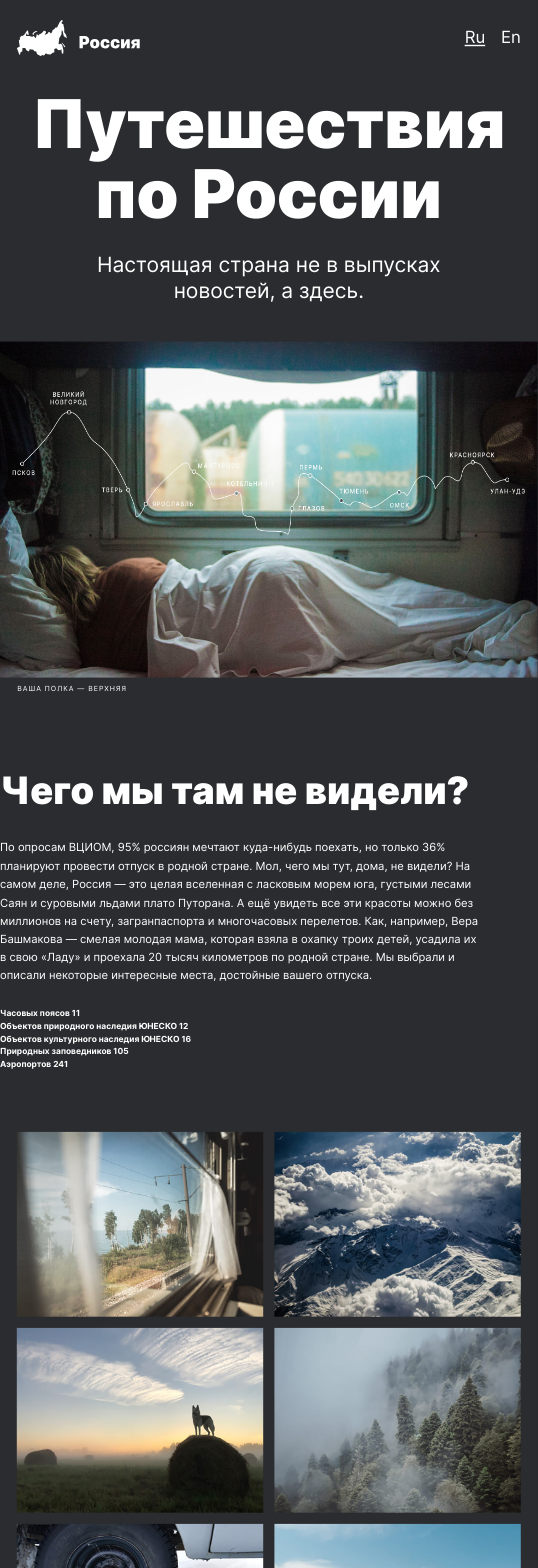
Repository: artemrgrs/russian-travel
Page: index.html
These files come from the project's save history. The page is drawn as it stood at one moment and after the next save; the edit follows.
The browser window is 768 px wide. The pictures show the part of the page from y = 0 to 2240 px (the page is 6962 px tall), at 70% of full size.

Above is the page before, as saved 2021-02-05 13:45:31.

### index.html
<!DOCTYPE html>
<html lang="ru">
<head>
    <meta charset="UTF-8">
    <meta name="viewport" content="width=device-width, initial-scale=1">
    <link rel="stylesheet" href="pages/index.css">
    <title>Путешествия по России</title>
</head>
<body class="root">
    <div class="page">
        <header class="header">
            <img class="header__logo" src="images/header-logo.svg" alt="Лого">
            <div>
                <a class="header__lang-link header__lang-link_active" href="#" target="_self" rel="noopener noreferrer">Ru</a>
                <a class="header__lang-link" href="#" target="_self" rel="noopener noreferrer">En</a>
            </div>
        </header>

        <main>
            <section class="lead">
                <h1 class="lead__title">Путешествия по России</h1>
                <p class="lead__subtitle">Настоящая страна не в выпусках новостей, а здесь.</p>
                <img class="lead__image" src="images/lead__image.jpg" alt="Изображение маршрута путешествия по России">
                <p class="lead__caption">ваша полка — верхняя</p>
            </section>

            <section class="intro">
                        <h2 class="intro__title">Чего мы там не видели?</h2>
                        <p class=intro__text>По опросам ВЦИОМ, 95% россиян мечтают куда-нибудь
                            поехать, но только 36% планируют провести отпуск в родной стране.
                            Мол, чего мы тут, дома, не видели? На самом деле, Россия — это целая
                            вселенная с ласковым морем юга, густыми лесами Саян и суровыми льдами
                            плато Путорана. А ещё увидеть все эти красоты можно без миллионов на
                            счету, загранпаспорта и многочасовых перелетов. Как, например,
                            Вера Башмакова — смелая молодая мама, которая взяла в охапку троих
                            детей, усадила их в свою «Ладу» и проехала 20 тысяч километров по родной
                            стране. Мы выбрали и описали некоторые интересные места, достойные вашего отпуска.
                        </p>
                        <ul class=intro__list>
                            <li>Часовых поясов 11</li>
                            <li>Объектов природного наследия ЮНЕСКО 12</li>
                            <li>Объектов культурного наследия ЮНЕСКО 16</li>
                            <li>Природных заповедников 105</li>
                            <li>Аэропортов 241</li>
                        </ul>
            </section>

            <section class="photo-grid">
                <img class="photo-grid__item" src="./images/photo-grid-train.jpg" alt="Фото просторов России">
                <img class="photo-grid__item" src="./images/photo-grid-atharva-tulsi.jpg" alt="Фото просторов России">
                <img class="photo-grid__item" src="./images/photo-grid-tuman.jpg" alt="Фото просторов России">
                <img class="photo-grid__item" src="./images/photo-grid-sochi.jpg" alt="Фото просторов России">
                <img class="photo-grid__item" src="./images/photo-grid-arisa.jpg" alt="Фото просторов России">
                <img class="photo-grid__item" src="./images/photo-grid-baikal.jpg" alt="Фото просторов России">
                <img class="photo-grid__item" src="./images/photo-grid-elbrus.jpg" alt="Фото просторов России">
                <img class="photo-grid__item" src="./images/photo-grid-kondratiev.jpg" alt="Фото просторов России">
                <img class="photo-grid__item" src="./images/photo-grid-kamchatka-1.jpg" alt="Фото просторов России">
                <img class="photo-grid__item" src="./images/photo-grid-kamchatka-2.jpg" alt="Фото просторов России">
                <img class="photo-grid__item" src="./images/photo-grid-baikal-2.jpg" alt="Фото просторов России">
                <img class="photo-grid__item" src="./images/photo-grid-ergaki.jpg" alt="Фото просторов России">
            </section>

            <section class="places">
                <div class="place">
                        <h2 class="place__title">Куршская коса</h2>
                        <div class="place__website">
                            <p class="place__url-heading">URL</p>
                            <a class="place__link" href="http://park-kosa.ru" target="_blank" rel="noopener noreferrer">park-kosa.ru</a>
                        </div>
                        <img class="place__image" src="./images/place-kosa.jpg" alt="Куршская Коса">
                    <div class="place__info">
                        <p class="place__paragraph">Здесь, посреди лесов и песчаных дюн, вы сможете увидеть два водных горизонта
                            — спокойного Куршского залива с одной стороны и подёрнутого рябью волн Балтийского моря с другой.
                            Уникальная природная зона на краю российского анклава.
                        </p>
                        <p class="place__paragraph">На этом Калининградская область не заканчивается. Для путешественника
                            и исследователя там же по соседству — самая западная точка России, Балтийская коса, — и
                            немецкое наследие россыпи небольших приморских городов. Атмосфера здешних мест исключает
                            суету, окуная в спокойствие природы и запах стального, прохладного моря.
                        </p>
                    </div>
                </div>
                <div class="place">
                        <h2 class="place__title">Кольский</h2>
                        <div class="place__website">
                            <p class="place__url-heading">URL</p>
                            <a class="place__link" href="https://yourshot.nationalgeographic.com/photos/?keywords=kolskiy" target="_blank" rel="noopener noreferrer">National Geographic</a>
                        </div>
                        <img class="place__image" src="./images/place-kolsky.jpg" alt="Кольский">
                    <div class="place__info">
                        <p class="place__paragraph">Почти весь полуостров находится за Полярным кругом.
                            Саамская тундра, от которой на юг — тайга, а на север — Ледовитый океан,
                            прикидывающийся Баренцевым морем.
                        </p>
                        <p class="place__paragraph">Возможно, вы смотрели Звягинцева и даже слышали
                            историю арктического фестиваля в Териберке. Возможно, слово «Хибины» не
                            осталось под снегом школьных воспоминаний об уроках географии. Возможно,
                            вы не интересовались пронизывающей земную кору сверхглубокой скважиной,
                            а от апатитов вас давно накрывает апатия. Но ваша мечта увидеть северное
                            сияние начинает сбываться с билетом в Мурманск.
                        </p>
                    </div>

                </div>
                <div class="place">
                        <h2 class="place__title">Алтай</h2>
                        <div class="place__website">
                            <p class="place__url-heading">URL</p>
                            <a class="place__link" href="https://www.facebook.com/vera.bashmakova/posts/10156011613718822" target="_blank" rel="noopener noreferrer">Facebook</a>
                        </div>
                        <img class="place__image" src="./images/place-altai.jpg" alt="Алтай">
                    <div class="place__info">
                        <p class="place__paragraph">Алтай — одно из красивейших мест в России.
                            В первую очередь из-за гор: если ехать вдоль хребта, вы увидите склоны,
                            усыпанные соснами, горные реки и озёра. А если вы откроете в автомобиле окна,
                            сможете познакомиться с невидимым чудом здешних мест — горным воздухом.
                        </p>
                        <p class="place__paragraph">Климат на Алтае умеренный, поэтому ехать сюда
                            лучше всего летом. Так вы увидите всё разнообразие местной флоры и фауны.
                            По лесам Алтая бродят лоси, над хребтами летают орлы, а на равнинах пасутся
                            косули. И знаменитые манулы — тоже обитатели Алтайского края.
                        </p>
                    </div>
                </div>
                <div class="place">
                        <h2 class="place__title">Зимний Байкал</h2>


                        <div class="place__website">
                            <p class="place__url-heading">URL</p>
                            <a class="place__link" href="https://vk.com/baikalmile" target="_blank" rel="noopener noreferrer">https://vk.com/baikalmile</a>
                        </div>
                        <img class="place__image" src="./images/place-winter-baikal.jpg" alt="Зимний Байкал">
                    <div class="place__info">
                        <p class="place__paragraph">Всем известен Байкал как крупнейшее озеро
                            в мире. Многие также знают, что это самый большой источник пресной
                            воды и одно из красивейших мест в России.
                        </p>
                        <p class="place__paragraph">Конечно, это всё так. Но Байкал ещё идеальное
                            место для соревнований по скийорингу. Это такой вид спорта, когда лыжник
                            привязывает себя к мотоциклу, и тандем старается развить как можно бóльшую
                            скорость на льду. В марте 2019 года на фестивале «Байкальская миля» был
                            поставлен мировой рекорд — 197.011 км/ч.
                        </p>
                    </div>
                </div>
                <div class="place">
                        <h2 class="place__title">Карелия</h2>
                        <div class="place__website">
                            <p class="place__url-heading">URL</p>
                            <a class="place__link" href="http://vodlozero.ru" target="_blank" rel="noopener noreferrer">http://vodlozero.ru/</a>
                        </div>
                        <img class="place__image" src="./images/place-karelia.jpg" alt="Карелия">
                    <div class="place__info">
                        <p class="place__paragraph">Сибирь заканчивается не на Урале, а в Карелии: образующая тайгу
                            сибирская лиственница не растёт западнее Водлозера. Зато здесь она вымахивает на 30 метров
                            — леса карельских национальных парков из-за непроходимых болот никогда не знали топора.
                            Некоторым соснам уже больше чем полтысячелетия. Прикоснитесь к живому существу, видевшему
                            солнце раньше, чем увидал его Иван Грозный.
                            В девственном лесу на сотню километров не встретишь тропы. А на редких тропинках деревья
                            в паре метров от земли помечены медвежьими когтями. Чтобы все знали, кто тут хозяин.
                        </p>
                    </div>
                </div>
            </section>

            <section class="cover">
                <a class="cover__link" href="https://stampsy.com/na-elektrichkakh-do-baikala" target="_blank" rel="noopener noreferrer">
                    <h2 class="cover__title">До Байкала «на собаках»</h2>
                    <p class="cover__subtitle">По мотивам учебной темы о Транссибе — путешествие
                    от столицы до Байкала на электричках.</p>
                </a>
            </section>

            <section class="footer">
                <nav>
                    <ul class="footer__links">
                        <li>
                            <a class="footer__link" href="https://yandex.ru/maps"
                            target="_blank" rel="noopener noreferrer">Карты</a>
                        </li>
                        <li>
                            <a class="footer__link" href="https://yandex.ru/pogoda"
                            target="_blank" rel="noopener noreferrer">Погода</a>
                        </li>
                        <li>
                            <a class="footer__link" href="https://rasp.yandex.ru"
                            target="_blank" rel="noopener noreferrer">Расписание</a>
                        </li>
                        <li>
                            <a class="footer__link" href="https://calendar.yandex.ru"
                            target="_blank" rel="noopener noreferrer">Календарь</a>
                        </li>
                        <li>
                            <a class="footer__link" href="https://travel.yandex.ru"
                            target="_blank" rel="noopener noreferrer">Путешествия</a>
                        </li>
                    </ul>
                </nav>
                <p class="footer__copyright">© 2020. Вахитов Артем</p>
            </section>
        </main>
    </div>
</body>
</html>

### blocks/root/root.css
.root {
    background-color: #2A2C2F;
}

### blocks/page/page.css
.page {
    background-color: #2A2C2F;
    width: 100%;
    max-width: 1280px;
    min-width: 320px;
    margin: 0 auto;
    font-family: 'Inter', sans-serif, 'Arial';

    -webkit-font-smoothing: antialiased;
    -moz-osx-font-smoothing: grayscale;
}

### blocks/header/header.css
.header {
    max-width: 1184px;
    min-height: 52px;
    margin: 0 auto;
    display: flex;
    justify-content: space-between;
    align-items: center;
    padding: 0 auto;
    padding-top: 28px;
}

@media screen and (max-width: 1279px) {
    .header {
      max-width: 928px;
      padding: 28px 48px 0;
    }
}

@media screen and (max-width: 1023px) {
    .header {
        max-width: 720px;
        padding: 28px 24px 0;
    }
}

@media screen and (max-width: 767px) {
    .header {
        max-width: 288px;
        max-height: 42px;
        padding: 16px 16px 0;
    }
}

### blocks/header/__logo/header__logo.css
.header__logo {
    width: 176px;
    height: 52px;
}

@media screen and (max-width: 767px) {
    .header__logo {
        width: 142px;
        height: 42px;
    }
}

### blocks/header/__lang-link/header__lang-link.css
.header__lang-link {
    font-family: 'Inter', sans-serif, 'Arial';
    font-style: normal;
    font-weight: normal;
    font-size: 24px;
    line-height: 1.17;
    color: #FFFFFF;
    text-decoration: none;
    transition: opacity 0.3s ease;
}

.header__lang-link:hover {
    opacity: .8;
}

.header__lang-link:last-child {
    padding-left: 18px;
}

@media screen and (max-width: 767px) {
    .header__lang-link {
        font-size: 18px;
        line-height: 1.11;
    }
}

### blocks/lead/lead.css
.lead {
    display: flex;
    flex-direction: column;
    align-items: center;
    margin: 0 auto;
    padding-top: 56px;
    max-width: 984px;
}

@media screen and (max-width: 1279px) {
    .lead {
      padding-top: 48px;
      max-width: 928px;
    }
  }

  @media screen and (max-width: 1023px) {
    .lead {
      max-width: 768px;
    }
  }

  @media screen and (max-width: 767px) {
    .lead {
      max-width: 320px;
    }
  }

### blocks/lead/__title/lead__title.css
.lead__title {
    width: 720px;
    font-family: 'Inter', sans-serif, 'Arial';
    font-style: normal;
    font-weight: 900;
    font-size: 96px;
    line-height: 1.04;
    color: #fff;
    margin: 0;
    text-align: center;
}

@media screen and (max-width: 767px) {
    .lead__title {
        max-width: 288px;
        font-size: 40px;
        line-height: 1.1;
    }
}

### blocks/lead/__subtitle/lead__subtitle.css
.lead__subtitle {
    max-width: 640px;
    font-family: 'Inter', sans-serif, 'Arial';
    font-style: normal;
    font-weight: normal;
    font-size: 30px;
    line-height: 1.2;
    text-align: center;
    color: #FFFFFF;
    margin: 0;
    margin-top: 32px;
}

@media screen and (max-width: 767px) {
    .lead__subtitle {
        font-size: 16px;
        line-height: 1.25;
        margin-top: 16px;
    }
}

### blocks/lead/__image/lead__image.css
.lead__image {
    width: 100%;
    height: auto;
    max-height: 615px;
    margin-top: 64px;
}

@media screen and (max-width: 1279px) {
    .lead__image {
      margin-top: 56px;
    }
  }

  @media screen and (max-width: 767px) {
    .lead__image {
      margin-top: 40px;
    }
  }

### blocks/lead/__caption/lead__caption.css
.lead__caption {
    width: 158px;
    font-family: 'Inter', sans-serif, 'Arial';
    font-style: normal;
    font-weight: normal;
    font-size: 10px;
    line-height: 1.4;
    text-transform: uppercase;
    color: #FFFFFF;
    margin: 0;
    margin-top: 8px;
    align-self: flex-start;
    text-align: center;
    letter-spacing: 0.14em;
}

@media screen and (max-width: 1023px) {
    .lead__caption {
        margin-left: 24px;
    }
}

@media screen and (max-width: 767px) {
    .lead__caption {
        margin-left: 16px;
    }
}

### blocks/intro/intro.css
.intro {
    margin: 0 auto;
    max-width: 984px;
    padding-top: 114px;
}

@media screen and (max-width: 1278px) {
    .intro {
        max-width: 928px;
    }
}

@media screen and (max-width: 1023px) {
    .intro {
        padding-top: 110px;
        max-width: 928px;
    }
}

@media screen and (max-width: 767px) {
    .intro {
        max-width: 288px;
        padding-top: 64px;
    }
}

### blocks/intro/__title/intro__title.css
.intro__title {
    margin: 0;
    max-width: 690px;
    font-family: 'Inter', sans-serif, 'Arial';
    font-style: normal;
    font-weight: 900;
    font-size: 54px;
    line-height: 1.07;
    color: #FFFFFF;
}

@media screen and (max-width: 767px) {
  .intro__title {
    font-size: 32px;
    line-height: 1.09;
    max-width: 288px;
  }
}

### blocks/intro/__text/intro__text.css
.intro__text {
    margin: 0;
    margin-top: 40px;
    max-width: 690px;
    font-family: 'Inter', sans-serif, 'Arial';
    font-style: normal;
    font-weight: normal;
    font-size: 16px;
    line-height: 1.63;
    color: #FFFFFF;
}

### blocks/intro/__list/intro__list.css
.intro__list {
    margin: 0;
    margin-top: 33px;
    max-width: 690px;
    font-family: 'Inter', sans-serif, 'Arial';
    font-style: normal;
    font-weight: bold;
    font-size: 12px;
    line-height: 1.5;
    color: #FFFFFF;
    list-style: none;
    padding: 0;
}

### blocks/intro/__container/intro__container.css
.intro__container {
    display: flex;
    flex-direction: column;
    align-items: flex-start;
}

@media screen and (max-width: 1023px) {
    .intro__container {
       margin: 0 auto;
       max-width: 720px;
    }
}

### blocks/places/places.css
.places {
  max-width: 984px;
  margin: 0 auto;
}

@media screen and (max-width: 1279px) {
  .places {
    max-width: 928px;
  }
}

@media screen and (max-width: 1023px) {
  .places {
    max-width: 720px;
  }
}

@media screen and (max-width: 767px) {
  .places {
    max-width: 320px;
  }
}

### blocks/place/place.css
.place {
    display: grid;
    max-width: 984px;
    grid-template-columns: repeat(auto-fit, minmax(320px, 1fr));
    gap: 48px 40px;
    margin-top: 80px;
}


@media screen and (max-width: 1279px) {
  .place {
    gap: 48px 32px;
  }
}

@media screen and (max-width: 1023px) {
  .place {
    gap: 48px 28px;
  }
}

@media screen and (max-width: 767px) {
    .place  {
      gap: 32px;
      margin-top: 50px;
    }
  }

### blocks/place/__title/place__title.css
.place__title {
    max-width: 460px;
    font-family: 'Inter', sans-serif, 'Arial';
    font-style: normal;
    font-weight: 900;
    font-size: 72px;
    line-height: 1.06;
    color: #FFFFFF;
    margin: 0;
}

@media screen and (max-width: 1023px) {
    .place__title {
        font-size: 42px;
        line-height: 1.1;
    }
  }

@media screen and (max-width: 767px) {
    .place__title {
        font-size: 32px;
        line-height: 1.09;
        width: 288px;
        margin: 0 auto;
    }
  }

### blocks/place/__image/place__image.css
.place__image {
    width: 100%;
}

### blocks/place/__website/place__website.css
.place__website {
    align-self: end;
}

@media screen and (max-width: 767px) {
    .place__website {
        width: 288px;
        margin: 0 auto;
    }
  }

### blocks/place/__url-heading/place__url-heading.css
.place__url-heading {
    max-width: 456px;
    font-family: 'Inter', sans-serif, 'Arial';
    font-style: normal;
    font-weight: normal;
    font-size: 12px;
    line-height: 1.7;
    letter-spacing: 0.2em;
    color: #AAAAAA;
    margin: 0;
    margin-bottom: 12px;
}

@media screen and (max-width: 1023px) {
    .place__title {
        line-height: 1;
    }
  }

### blocks/place/__link/place__link.css
.place__link {
    max-width: 456px;
    font-family: 'Inter', sans-serif, 'Arial';
    font-style: normal;
    font-weight: normal;
    font-size: 18px;
    line-height: 1.22;
    text-decoration-line: underline;
    color: #FFFFFF;
    margin: 0;
    transition: opacity 0.3s ease;
}

.place__link:hover {
    opacity: .8;
}

### blocks/place/__paragraph/place__paragraph.css
.place__paragraph {
    max-width: 484px;
    font-family: 'Inter', sans-serif, 'Arial';
    font-style: normal;
    font-weight: normal;
    font-size: 18px;
    line-height: 1.63;
    color: #FFFFFF;
    margin: 0;
    margin-bottom: 26px;
}

.place__paragraph:last-of-type {
    margin-bottom: 0;
}

@media screen and (max-width: 1023px) {
    .place__paragraph {
        font-size: 16px;
    }
  }

### blocks/place/__info/place__info.css
@media screen and (max-width: 767px) {
    .place__info {
        width: 288px;
        margin: 0 auto;
    }
  }

### blocks/cover/cover.css
.cover {
    width: 1184px;
    height: 740px;
    margin: 0 auto;
    position: relative;
    padding-top: 92px;
}

@media screen and (max-width: 1279px) {
  .cover {
    width: 1024px;
    height: 640px;
  }
}

@media screen and (max-width: 1023px) {
  .cover {
    width: 768px;
    height: 480px;
    padding-top: 90px;
  }
}

@media screen and (max-width: 767px) {
  .cover {
    width: 320px;
    height: 200px;
    padding-top: 66px;
  }
}

### blocks/cover/__subtitle/cover__subtitle.css
.cover__subtitle {
    width: 360px;
    font-family: 'Inter', sans-serif, 'Arial';
    font-style: normal;
    font-weight: normal;
    font-size: 18px;
    line-height: 1.22;
    text-align: center;
    color: #FFFFFF;
    margin: 0;
    margin-top: 32px;
    z-index: 2;
}

@media screen and (max-width: 767px) {
    .cover__subtitle {
      max-width: 288px;
      font-size: 14px;
      line-height: 1.14;
      margin-top: 16px;
    }
  }

### blocks/cover/__link/cover__link.css
.cover__link {
    background-image: url('../../../images/cover-trains.jpg');
    background-size: cover;
    text-decoration: none;
    width: 100%;
    height: 100%;
    display: flex;
    flex-direction: column;
    align-items: center;
}

.cover__link::before {
    content: '';
    opacity: 0.3;
    background: #2A2C2F;
    position: absolute;
    top: 0;
    left: 0;
    right: 0;
    bottom: 0;
    transition: opacity 0.3s ease;
}

.cover__link:hover::before {
    opacity: .8;
    background: #2A2C2F;
}

### blocks/footer/footer.css
.footer {
    max-width: 1184px;
    min-height: 18px;
    display: flex;
    justify-content: space-between;
    align-items: center;
    margin: 0 auto;
    padding-bottom: 24px;
    padding-top: 92px;
}

@media screen and (max-width: 1279px) {
  .footer {
    max-width: 928px;

  }
}

@media screen and (max-width: 1023px) {
  .footer {
    max-width: 720px;
    padding-top: 88px;
  }
}

  @media screen and (max-width: 767px) {
    .footer {
      min-height: 310px;
      flex-direction: column;
      align-items: flex-start;
      padding-top: 64px;
    }
  }

### blocks/footer/__links/footer__links.css
.footer__links {
    list-style: none;
    display: flex;
    align-items: flex-end;
    margin: 0;
    padding: 0;
}

@media screen and (max-width: 767px) {
    .footer__links {
      flex-direction: column;
      align-items: flex-start;
    }
  }

### blocks/footer/__link/footer__link.css
.footer__link {
    width: 50px;
    font-family: 'Inter', sans-serif, 'Arial';
    font-style: normal;
    font-weight: normal;
    font-size: 16px;
    line-height: 1.12;
    color: #FFFFFF;
    text-decoration: none;
    margin: 0;
    padding: 0;
    padding-right: 18px;
    transition: opacity 0.3s ease;
}

.footer__link:hover {
    opacity: .8;
}

@media screen and (max-width: 767px) {
    .footer__link {
        font-size: 24px;
        line-height: 1;
        margin-left: 16px;
        margin-bottom: 32px;
        padding: 0;
        display: inline-block;
    }
  }

### blocks/footer/__copyright/footer__copyright.css
.footer__copyright {
    width: 186px;
    font-family: 'Inter', sans-serif, 'Arial';
    font-style: normal;
    font-weight: normal;
    font-size: 14px;
    line-height: 1.14;
    text-align: right;
    color: #FFFFFF;
    margin: 0;
}

@media screen and (max-width: 767px) {
    .footer__copyright {
      margin-top: 48px;
      line-height: 1;
      max-width: 230px;
  }
  }

Loaded but not shown: vendor/normalize.css (library); blocks/header/__lang-link/_active/header__lang-link_active.css (common file); blocks/photo-grid/__item/photo-grid__item.css (common file); pages/index.css (45 lines, source omitted); vendor/fonts.css (26 lines, source omitted); blocks/photo-grid/photo-grid.css (34 lines, source omitted); blocks/cover/__title/cover__title.css (34 lines, source omitted)

After the next save:
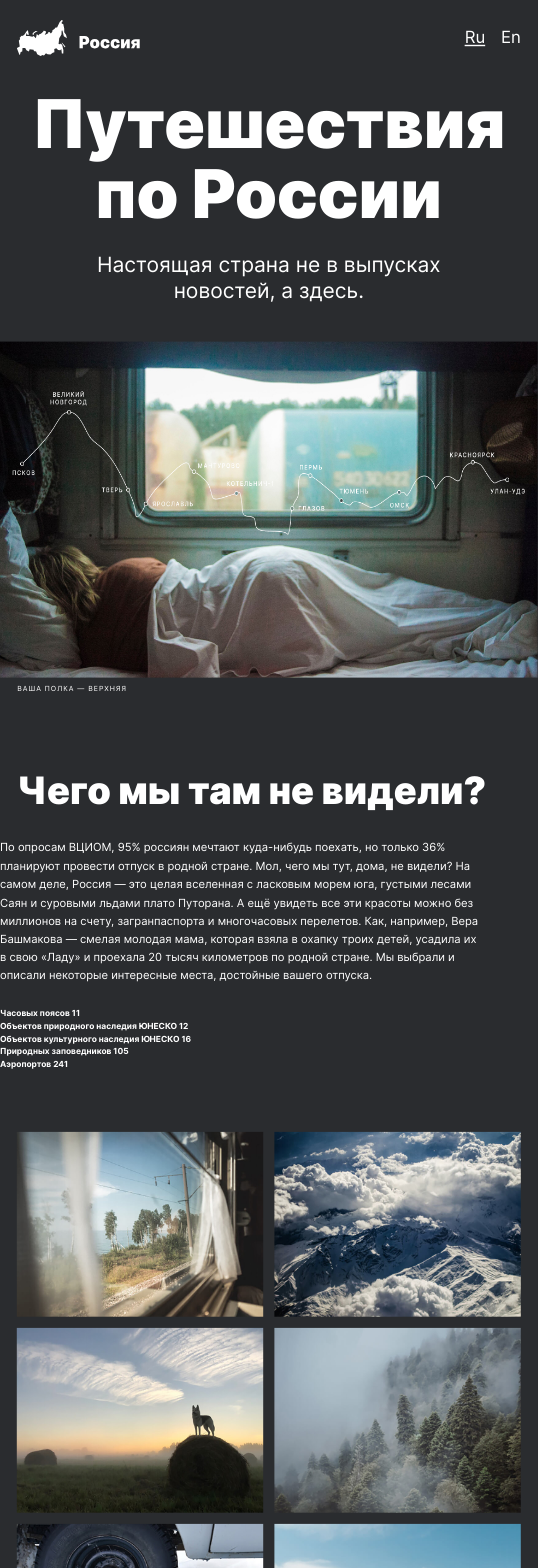
Saved 5 min 9 s later.
--- a/blocks/intro/__title/intro__title.css
+++ b/blocks/intro/__title/intro__title.css
@@ -9,6 +9,13 @@
     color: #FFFFFF;
 }
 
+@media screen and (max-width: 1023px) {
+  .intro__title {
+     margin: 0 auto;
+     max-width: 720px;
+  }
+}
+
 @media screen and (max-width: 767px) {
   .intro__title {
     font-size: 32px;
